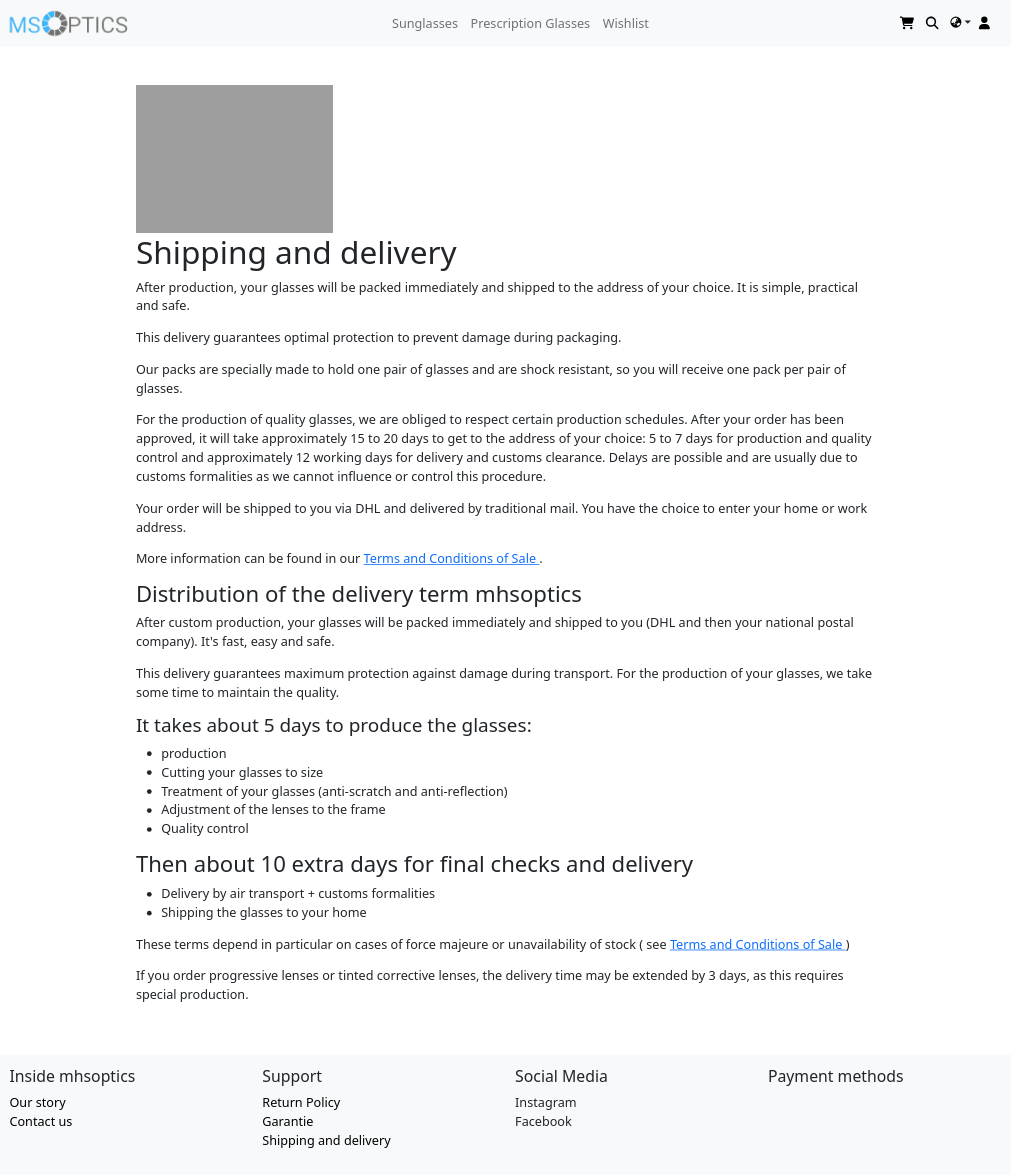
Repository: SaudCh/MERN-msOptics
Page: /shipping (app in client/)
The author's editor kept a copy of each file at every save. The page is drawn from the files as they stood at one save, then again after the next save.
The browser window is 1280 px wide. The pictures show the whole page, at 79% of full size.
The page's requests for data from a server got no answer. The project was rebuilt for these pictures with package versions that can differ from the ones it lists, and the page was loaded fresh each time. No one was signed in, and anything a server would have sent is missing. Also part of the build but not shown: client/src/Routes/AuthRoute.js, client/src/Components/css/header.css, client/src/Routes/SideBarLayout.js, client/src/Routes/ProtectedRoute.js.

Above is the page before, as saved 2022-08-20 15:09:01.

### client/public/index.html
<!DOCTYPE html>
<html lang="en">
  <head>
    <meta charset="utf-8" />
    <link rel="icon" href="%PUBLIC_URL%/favicon.ico" />
    <meta name="viewport" content="width=device-width, initial-scale=1" />
    <meta name="theme-color" content="#000000" />
    <meta
      name="description"
      content="Web site created using create-react-app"
    />
    <link rel="apple-touch-icon" href="%PUBLIC_URL%/logo192.png" />
    <!--
      manifest.json provides metadata used when your web app is installed on a
      user's mobile device or desktop. See https://developers.google.com/web/fundamentals/web-app-manifest/
    -->
    <link rel="manifest" href="%PUBLIC_URL%/manifest.json" />

    <!--
      Notice the use of %PUBLIC_URL% in the tags above.
      It will be replaced with the URL of the `public` folder during the build.
      Only files inside the `public` folder can be referenced from the HTML.

      Unlike "/favicon.ico" or "favicon.ico", "%PUBLIC_URL%/favicon.ico" will
      work correctly both with client-side routing and a non-root public URL.
      Learn how to configure a non-root public URL by running `npm run build`.
    -->
    <title>msOptics</title>
  </head>
  <body>
    <noscript>You need to enable JavaScript to run this app.</noscript>
    <div id="root"></div>
    <!--
      This HTML file is a template.
      If you open it directly in the browser, you will see an empty page.

      You can add webfonts, meta tags, or analytics to this file.
      The build step will place the bundled scripts into the <body> tag.

      To begin the development, run `npm start` or `yarn start`.
      To create a production bundle, use `npm run build` or `yarn build`.
    -->
    <script src="./JeelizVTOWidget.js"></script>
    <script src="./jeelizstart.js"></script>
  </body>
</html>

### client/src/index.css
/* colors{
  #00aef9
} */
* {
  margin: 0;
  padding: 0;
}
img {
  cursor: pointer;
}
.text-green {
  color: rgb(34 197 94);
}
.errors {
  color: #dc3545;
  padding: 0;
  margin: 0;
  font-size: 12px;
}
.cart-icon {
  border: 0;
  border-radius: 0;
}
.loader {
  position: fixed;
  top: 0;
  bottom: 0;
  left: 0;
  right: 0;
  background-color: rgba(0, 174, 249, 0.1);

  display: flex;
  justify-content: center;
  align-items: center;
}
.view-more-card {
  display: flex;
  justify-content: center;
  align-items: center;
  cursor: pointer;
  min-width: 200px;
  box-shadow: 0 2px 10px 0 rgba(0, 0, 0, 0.2), 0 3px 5px 0 rgba(0, 0, 0, 0.19);
}
.view-more-card:hover {
  box-shadow: 0 4px 4px 0 rgba(0, 0, 0, 0.2), 0 6px 10px 0 rgba(0, 0, 0, 0.19);
}
.footer-ul {
  list-style: none;
  padding: 0;
}
.link {
  text-decoration: none;
  color: #000;
}
.link:hover {
  text-decoration: none;
  color: #000;
}
.link-blue {
  color: #00aef9;
  text-decoration: none;
}
.highlight {
  fill: #00aef9;
}
.side-bar-btn {
  border: 0;
  border-radius: 0;
}

### client/src/Components/Context/AuthContext.js
import { createContext } from "react";

export const AuthContext = createContext({
    isLoggedIn: false,
    user: null,
    token: null,
    login: () => { },
    logout: () => { },
});

### client/src/Components/Hooks/useAuth.js
import { useState, useEffect } from "react";

export const useAuth = () => {
	const [token, setToken] = useState("");
	const [user, setUser] = useState("");

	const login = (user, token) => {
		setToken(token);
		setUser(user);

		localStorage.setItem("userData", JSON.stringify({ user }));
		localStorage.setItem("token", JSON.stringify(token));
	};

	const logout = () => {
		setToken(null);
		setUser(null);
		localStorage.removeItem("userData");
		localStorage.removeItem("token");
	};

	useEffect(() => {
		const storedData = JSON.parse(localStorage.getItem("userData"));
		const token = JSON.parse(localStorage.getItem("token"));
		setToken(token);
		setUser(storedData?.user);

		if (storedData && token) {
			login(storedData?.user, token);
		}
	}, []);

	return { login, logout, token, user };
};

### client/src/Components/Context/CartContext.js
import { createContext } from "react";

export const CartContext = createContext({
    cart: [],
    total: 0,
    addToCart: () => { },
    removeAll: () => { },
    IncQuantity: () => { },
    DecQuantity:() => { },
});

### client/src/Components/Hooks/useCart.js
import { useEffect, useState } from 'react'
import { toast } from 'react-toastify'

export const useCart = () => {
    const [cart, setCart] = useState([])
    const [total, setTotal] = useState(0)

    const addToCart = (product, quantity) => {
        // console.log(product)

        var lsCart = JSON.parse(localStorage.getItem("msopticcart"));
        let flag = 0;

        if (lsCart != null) {
            lsCart.forEach(function (item) {
                if (item.id === product.id) {
                    item.quantity = item.quantity + quantity;
                    flag = 1;
                }
            });
        } else {
            lsCart = [];
        }

        if (flag === 0) {
            lsCart.push({ id: product.id, title: product.title, image: product.images[0], images: product.images, price: product.price, quantity: quantity });
        }

        localStorage.setItem("msopticcart", JSON.stringify(lsCart));
        setCart(lsCart);

        toast.success("Product added to cart");

    }

    const removeAll = () => {
        setCart([])
        localStorage.removeItem("msopticcart");
    }

    const removeItem = (id) => {
        var lsCart = JSON.parse(localStorage.getItem("msopticcart"));
        lsCart = lsCart.filter(item => item.id !== id);
        localStorage.setItem("msopticcart", JSON.stringify(lsCart));
        setCart(lsCart);
    }

    const IncQuantity = (id) => {
        var lsCart = JSON.parse(localStorage.getItem("msopticcart"));
        lsCart.forEach(function (item) {
            if (item.id === id) {
                item.quantity = item.quantity + 1;
            }
        });
        localStorage.setItem("msopticcart", JSON.stringify(lsCart));
        setCart(lsCart);
    }

    const DecQuantity = (id) => {
        var lsCart = JSON.parse(localStorage.getItem("msopticcart"));
        lsCart.forEach(function (item) {
            if (item.id === id && item.quantity > 1) {
                item.quantity = item.quantity - 1;
            }
        });
        localStorage.setItem("msopticcart", JSON.stringify(lsCart));
        setCart(lsCart);
    }


    useEffect(() => {
        const lsCart = JSON.parse(localStorage.getItem("msopticcart"));

        if (lsCart) {
            setCart(lsCart)
        }
    }, [])

    useEffect(() => {
        let total = 0;
        cart.forEach(item => {
            total += item.price * item.quantity
        })
        setTotal(total)
    }, [cart])



    return { cart, addToCart, removeAll, removeItem, total, IncQuantity, DecQuantity }
}

### client/src/Components/Context/WishlistContext.js
import { createContext } from "react";

export const WishContext = createContext({
    wishlist: [],
    addToWishlist: () => { },
    removeFromWishlist: () => { },
    clearWishlist: () => { },
    getWishlist: () => { },
});

### client/src/Routes/layout.js
import React from 'react';
import { Outlet } from 'react-router-dom';
import Footer from '../Components/Footer';
import Header from '../Components/Header';

export default function Layout() {
  return (
    <div>
      <Header background={true} />
      <Outlet />
      <Footer />
    </div>
  );
}

### client/src/Routes/Loading.js
import React from 'react';
import Logo from '../Images/logo.png';

export default function Loading() {
  return (
    <div className="loader">
      <div>
        <img src={Logo} style={{ width: 150 }} alt="logo" />
      </div>
    </div>
  );
}

### client/src/Pages/Support/shipping.jsx
import React from "react";
import { useTranslation } from "react-i18next";

export default function Shipping() {
  const { t } = useTranslation();
  return (
    <div className="container-fluid my-5">
      <div className="row justify-content-center align-items-center">
        <div className="col-10 col-md-9">
          <div class="shipping_img garantie_img">
            <img
              src={`${process.env.REACT_APP_SERVER_URL}/assets/ship.svg`}
              alt="shipping"
              width={250}
            />
          </div>
          <div class="garantie_info shipping_info">
            <h1>{t("shipping_and_delevry")}</h1>
            <p>{t("shipping_parag_one")}</p>
            <p>{t("shipping_parag_two")}</p>
            <div class="return_remarque remaque_lite">
              <p>{t("shipping_remarque")}</p>
            </div>
            <p>{t("shipping_parag_three")}</p>
            <p>{t("shipping_parag_fore")}</p>
            <p>
              {t("shipping_parag_five")} <a href="/">{t("tos")} </a>.
            </p>
            <h3>{t("dod_term")}</h3>
            <p>{t("shipping_parag_six")}</p>
            <p>{t("shipping_parag_seven")}</p>
            <h4>{t("produce")}</h4>
            <ul>
              <li>{t("stage1")}</li>
              <li>{t("stage2")}</li>
              <li>{t("stage3")}</li>
              <li>{t("stage4")}</li>
              <li>{t("stage5")}</li>
            </ul>
            <h3>{t("more_days")}</h3>
            <ul>
              <li>{t("delevery")}</li>
              <li>{t("shipping_time")}</li>
            </ul>
            <p>
              {t("shipping_parag_eate")} <a href="/">{t("tos")} </a> )
            </p>
            <p>{t("shippping_parag_nine")}</p>
          </div>
        </div>
      </div>
    </div>
  );
}

### client/src/Components/Footer.jsx
import React from "react";
import { useTranslation } from "react-i18next";
import { Link } from "react-router-dom";

export default function Footer() {
  const { t } = useTranslation();
  return (
    <section className="container-fluid bg-light mt-4 py-3">
      <div className="row">
        <div className="col-12 col-md-3">
          <h5>{t("inside_mhsoptics")}</h5>
          <ul className="footer-ul">
            <li>
              <Link className="link" to={"/about"}>
                {t("our_story")}
              </Link>
            </li>
            <li>
              <Link className="link" to="contact">
                {t("contact_us")}
              </Link>
            </li>
          </ul>
        </div>
        <div className="col-12 col-md-3">
          <h5>{t("support")}</h5>
          <ul className="footer-ul">
            <li>
              <Link className="link" to="returns">
                {t("return_policy")}
              </Link>
            </li>
            <li>
              <Link className="link" to="garantee">
                {t("garantie")}
              </Link>
            </li>
            <li>
              <Link className="link" to="shipping">
                {t("shipping_and_delevry")}
              </Link>
            </li>
          </ul>
        </div>
        <div className="col-12 col-md-3">
          <h5>{t("s_media")}</h5>
          <ul className="footer-ul">
            <li>Instagram</li>
            <li>Facebook</li>
          </ul>
        </div>
        <div className="col-12 col-md-3">
          <h5>{t("p_m")}</h5>
          <ul className="footer-ul"></ul>
        </div>
      </div>
    </section>
  );
}

### client/src/Components/Header.jsx
import React, { useContext } from 'react';
import { Link } from 'react-router-dom';
import './css/header.css';
import { AuthContext } from './Context/AuthContext';
import HeaderIcon from './Header/headerIcon';
import Logo from '../Images/logo.png';
import { UserIcon } from './icons';
import { useTranslation } from 'react-i18next';

export default function Header({ background }) {
  const { t } = useTranslation();
  const auth = useContext(AuthContext);

  return (
    <nav
      className={`navbar navbar-expand-lg ${
        background ? 'navbar-light bg-light' : 'navbar-dark home-header-style'
      }`}
    >
      <div className="container-fluid">
        <Link to="/" className="navbar-brand">
          <img src={Logo} style={{ width: 150 }} alt="logo" />
        </Link>
        <div>
          <span className="d-md-none">
            <HeaderIcon background={background} />
          </span>
          <button
            className="navbar-toggler"
            type="button"
            data-bs-toggle="collapse"
            data-bs-target="#navbarSupportedContent"
            aria-controls="navbarSupportedContent"
            aria-expanded="false"
            aria-label="Toggle navigation"
          >
            <span className="navbar-toggler-icon"></span>
          </button>
        </div>
        <div className="collapse navbar-collapse" id="navbarSupportedContent">
          <ul className="navbar-nav m-auto mb-2 mb-lg-0">
            <li className="nav-item">
              <Link to="/t/sunglasses" className="nav-link" aria-current="page">
                {t('sunglasses')}
              </Link>
            </li>
            <li className="nav-item">
              <Link to="/t/prescription" className="nav-link">
                {t('persctiption')}
              </Link>
            </li>
            <li className="nav-item">
              <Link
                to={auth.isLoggedIn ? '/wishlist' : '/login'}
                className="nav-link"
              >
                {t('wishlist')}
              </Link>
            </li>
            <li className="d-md-none">
              <Link to={auth.isLoggedIn ? '/account' : '/login'}>
                <UserIcon
                  color={background ? 'black' : 'white'}
                  style={{ marginRight: 10 }}
                />
              </Link>
            </li>
          </ul>
          <span className="d-none d-md-block">
            <HeaderIcon background={background} />
          </span>
        </div>
      </div>
    </nav>
  );
}

### client/src/Components/icons.js
import { FontAwesomeIcon } from '@fortawesome/react-fontawesome';
import { faArrowRightFromBracket, faCartShopping, faChevronLeft, faChevronRight, faEarthAsia, faSearch, faUser, faPlus, faMinus, faCircleXmark, faTrash, faHeart } from '@fortawesome/free-solid-svg-icons';
import { faHeart as fasHeart } from '@fortawesome/free-regular-svg-icons';

export const ShoppingCartIcon = ({ color, size, style }) => (
    <FontAwesomeIcon icon={faCartShopping} color={color} size={size} style={style} />
);

export const SearchIcon = ({ color, size, style }) => (
    <FontAwesomeIcon icon={faSearch} color={color} size={size} style={style} />
);

export const EarthIcon = ({ color, size, style }) => (
    <FontAwesomeIcon icon={faEarthAsia} color={color} size={size} style={style} />
);

export const UserIcon = ({ color, size, style }) => (
    <FontAwesomeIcon icon={faUser} color={color} size={size} style={style} />
);

export const ChevronLeftIcon = ({ color, size, style }) => (
    <FontAwesomeIcon icon={faChevronLeft} color={color} size={size} style={style} />
);

export const ChevronRightIcon = ({ color, size, style }) => (
    <FontAwesomeIcon icon={faChevronRight} color={color} size={size} style={style} />
);

export const LogoutIcon = ({ color, size, style }) => (
    <FontAwesomeIcon icon={faArrowRightFromBracket} color={color} size={size} style={style} />
);

export const IncrementIcon = ({ color, size, style }) => (
    <FontAwesomeIcon icon={faPlus} color={color} size={size} style={style} />
);

export const DecrementIcon = ({ color, size, style }) => (
    <FontAwesomeIcon icon={faMinus} color={color} size={size} style={style} />
);

export const CircleXMarkIcon = ({ color, size, style }) => (
    <FontAwesomeIcon icon={faCircleXmark} color={color} size={size} style={style} />
);


export const TrashIcon = ({ color, size, style }) => (
    <FontAwesomeIcon icon={faTrash} color={color} size={size} style={style} />
);

export const HeartFillIcon = ({ color, size, style }) => (
    <FontAwesomeIcon icon={faHeart} color={color} size={size} style={style} />
);

export const HeartEmptyIcon = ({ color, size, style }) => (
    <FontAwesomeIcon icon={fasHeart} color={color} size={size} style={style} />
);

### client/src/Components/Header/headerIcon.jsx
import React, { useContext } from "react";
import i18next from "i18next";
import { Link } from "react-router-dom";
import { AuthContext } from "../Context/AuthContext";
import {
  EarthIcon,
  LogoutIcon,
  SearchIcon,
  ShoppingCartIcon,
  UserIcon,
} from "../icons";
import { WishContext } from "../Context/WishlistContext";

export default function HeaderIcon({ background }) {
  const auth = useContext(AuthContext);
  const { clearWishlist } = useContext(WishContext);

  const languages = [
    {
      code: "en",
      name: "English",
      country_code: "gb",
    },
    {
      code: "fr",
      name: "Français",
      country_code: "fr",
    },
    {
      code: "de",
      name: "Deutsch",
      country_code: "de",
    },
  ];

  return (
    <>
      <Link to="/cart">
        <ShoppingCartIcon
          color={background ? "black" : "white"}
          style={{ marginRight: 15 }}
        />
      </Link>

      <Link to="/search">
        <SearchIcon
          color={background ? "black" : "white"}
          style={{ marginRight: 15 }}
        />
      </Link>

      <div className="btn-group pb-1" style={{ marginRight: 10 }}>
        <button
          type="button"
          className={
            background
              ? "text-dark btn btn-sm m-0 p-0 dropdown-toggle side-bar-btn"
              : "text-white btn btn-sm m-0 p-0 dropdown-toggle side-bar-btn"
          }
          data-bs-toggle="dropdown"
          aria-expanded="false"
        >
          <EarthIcon color={background ? "black" : "white"} />
        </button>
        <ul className="dropdown-menu dropdown-menu-end">
          {languages.map(({ code, name }) => (
            <li key={code}>
              <button
                className="dropdown-item"
                type="button"
                onClick={() => i18next.changeLanguage(code)}
              >
                {name}
              </button>
            </li>
          ))}
        </ul>
      </div>

      <span className="d-none d-md-inline">
        <Link to={auth.isLoggedIn ? "/account" : "/login"}>
          <UserIcon
            color={background ? "black" : "white"}
            style={{ marginRight: 15 }}
          />
        </Link>
      </span>

      {auth.isLoggedIn ? (
        <button
          className="btn btn-sm p-0 side-bar-btn"
          onClick={() => {
            auth.logout();
            clearWishlist();
          }}
        >
          <LogoutIcon
            color={background ? "black" : "white"}
            style={{ marginRight: 5 }}
          />
        </button>
      ) : null}
    </>
  );
}

### client/public/jeelizstart.js
let _isResized = false;
function test_resizeCanvas() {
  // halves the height:
  let halfHeightPx = Math.round(window.innerHeight / 2).toString() + 'px';

  const domWidget = document.getElementById('JeelizVTOWidget');
  domWidget.style.maxHeight = _isResized ? 'none' : halfHeightPx;

  _isResized = !_isResized;
}

// entry point:
function mirrorTryOn() {
  JEELIZVTOWIDGET.start({
    searchImageMask: '/assets/loading.png',
    searchImageColor: 0xeeeeee,
    callbackReady: function () {
      const { ver } = document.querySelector('.ver__btn').dataset;
      JEELIZVTOWIDGET.load_modelStandalone(`/img/tryon/${ver}`);
    },
    onError: function (errorLabel) {
      alert('An error happened. errorLabel =' + errorLabel);
      switch (errorLabel) {
        case 'WEBCAM_UNAVAILABLE':
          break;

        case 'NOFILE':
          break;

        case 'WRONGFILEFORMAT':
          break;

        case 'INVALID_SKU':
          break;

        case 'FALLBACK_UNAVAILABLE':
          break;

        case 'PLACEHOLDER_NULL_WIDTH':
        case 'PLACEHOLDER_NULL_HEIGHT':
          break;

        case 'FATAL':
        default:
          break;
      }
    },
  });
}

function load_modelBySKU() {
  const sku = prompt(
    'Please enter a glasses model SKU:',
    'rayban_wayfarer_havane_marron'
  );
  if (sku) {
    JEELIZVTOWIDGET.load(sku);
  }
}

Loaded but not shown: client/src/index.js (common file); client/public/JeelizVTOWidget.js (library); client/src/Language/dutch.js (186 lines, source omitted); client/src/Language/english.js (186 lines, source omitted); client/src/Routes/index.js (85 lines, source omitted); client/src/Components/Hooks/useWishlist.js (99 lines, source omitted); client/src/App.js (90 lines, source omitted)

After the next save:
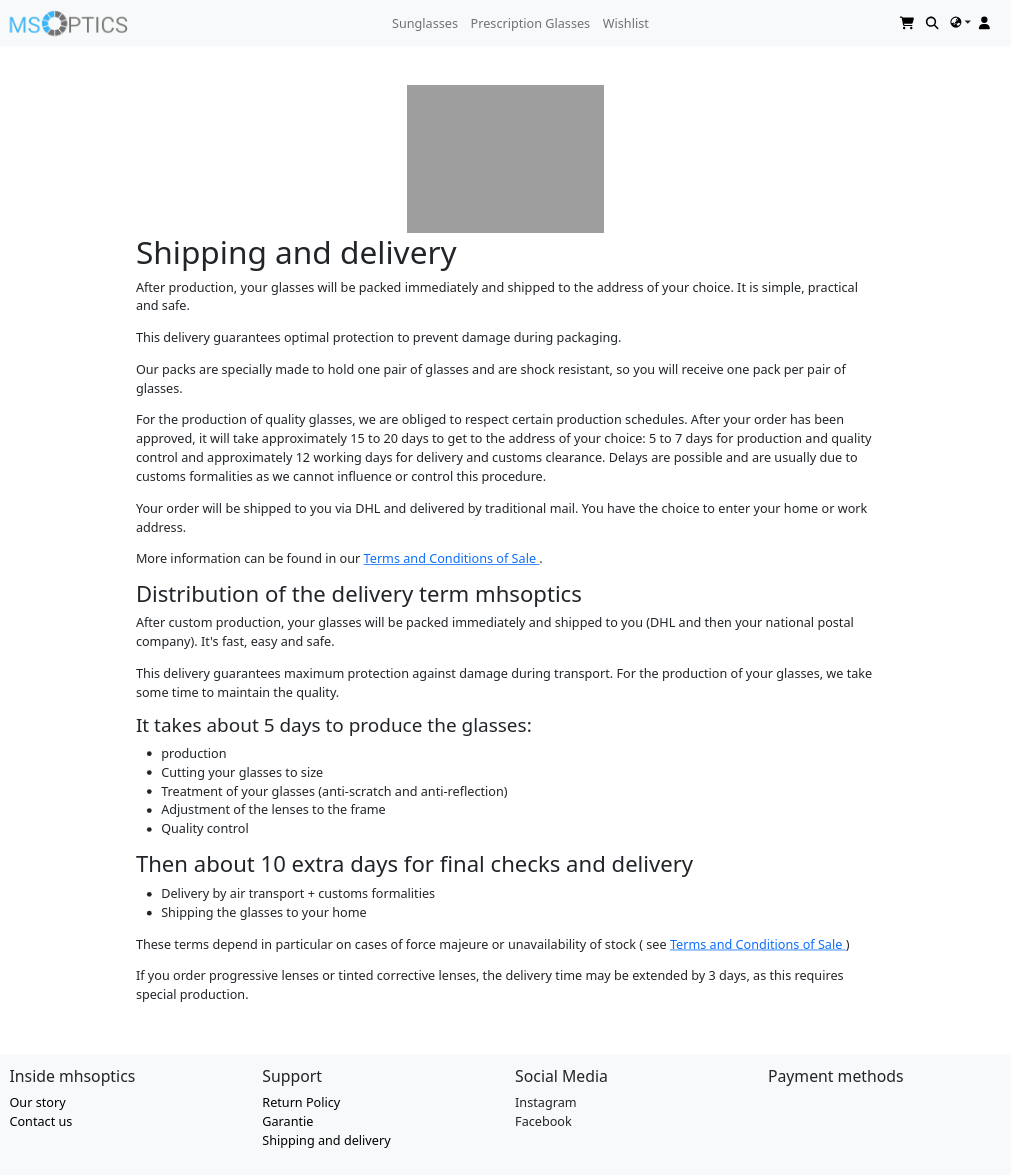
Saved 20 s later.
--- a/client/src/Pages/Support/shipping.jsx
+++ b/client/src/Pages/Support/shipping.jsx
@@ -7,7 +7,7 @@ export default function Shipping() {
     <div className="container-fluid my-5">
       <div className="row justify-content-center align-items-center">
         <div className="col-10 col-md-9">
-          <div class="shipping_img garantie_img">
+          <div class="shipping_img garantie_img text-center">
             <img
               src={`${process.env.REACT_APP_SERVER_URL}/assets/ship.svg`}
               alt="shipping"
